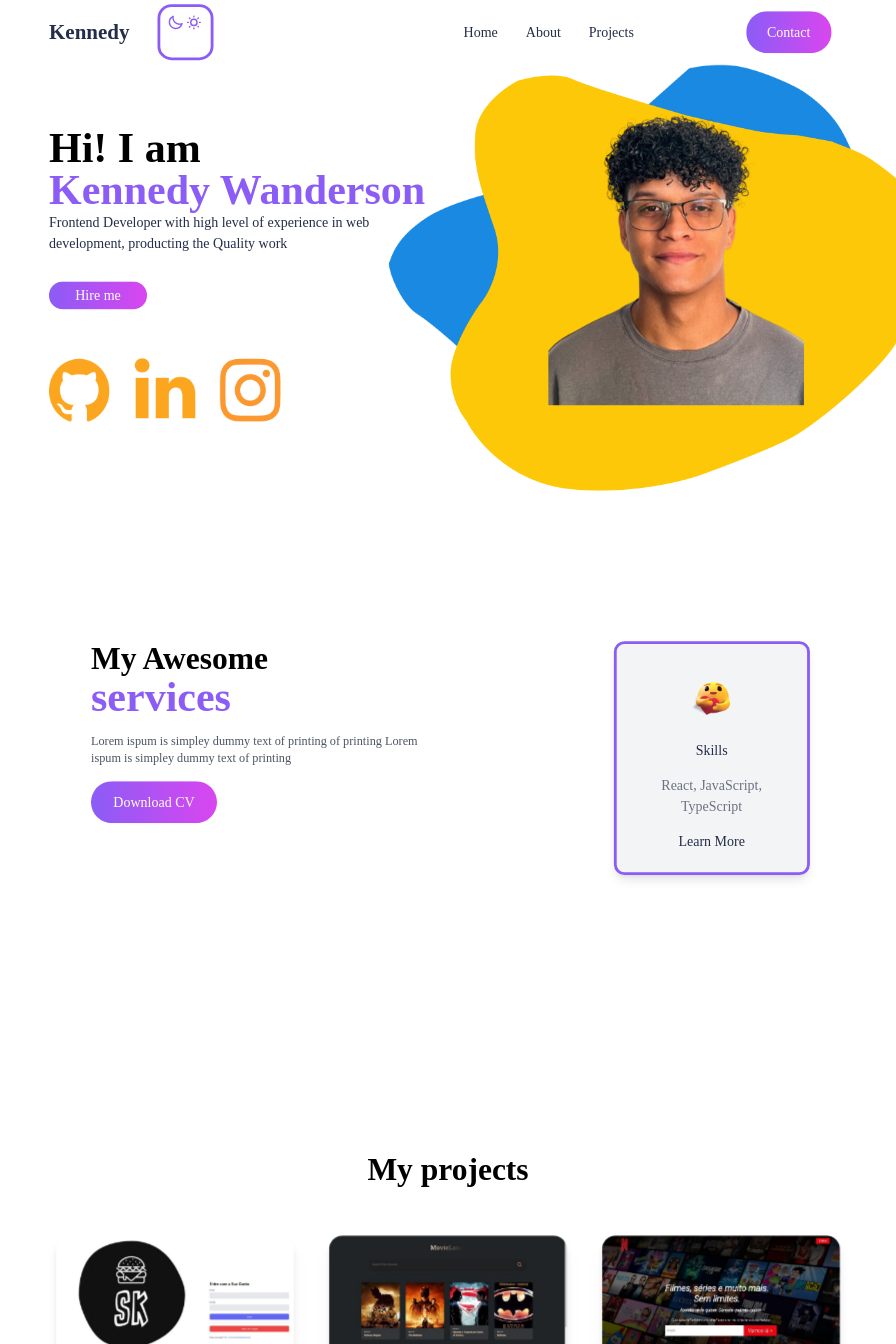
Repository: KennedyWanderson/portfolio
Page: /
The author's editor kept a copy of each file at every save. The page is drawn from the files as they stood at one save, then again after the next save.
The browser window is 1280 px wide. The pictures show the part of the page from y = 0 to 1920 px (the page is 3202 px tall), at 70% of full size.
Some web fonts or font styles are not loaded; a fallback is used. The project was rebuilt for these pictures with package versions that can differ from the ones it lists, and the page was loaded fresh each time. Imported but missing from the stored project, and not drawn on this page: src/Components/Services/Kennedy_CV.pdf.

Above is the page before, as saved 2024-01-20 11:02:47.

### public/index.html
<!DOCTYPE html>
<html lang="en">
  <head>
    <meta charset="utf-8" />
    <link rel="icon" href="%PUBLIC_URL%/favicon.ico" />
    <meta name="viewport" content="width=device-width, initial-scale=1" />
    <meta name="theme-color" content="#000000" />
    <meta
      name="description"
      content="Web site created using create-react-app"
    />

    <style>
      @font-face{
        font-family: Gumela;
        src: url('../src/fonts/*');
      }

      *{
        font-family: 'Gumela';
        font-weight: normal;
        font-size: 20px;
      }
      body{
        margin: 0;
      }
    </style>
    <link rel="apple-touch-icon" href="%PUBLIC_URL%/logo192.png" />
    <!--
      manifest.json provides metadata used when your web app is installed on a
      user's mobile device or desktop. See https://developers.google.com/web/fundamentals/web-app-manifest/
    -->
    <link rel="manifest" href="%PUBLIC_URL%/manifest.json" />
    <!--
      Notice the use of %PUBLIC_URL% in the tags above.
      It will be replaced with the URL of the `public` folder during the build.
      Only files inside the `public` folder can be referenced from the HTML.

      Unlike "/favicon.ico" or "favicon.ico", "%PUBLIC_URL%/favicon.ico" will
      work correctly both with client-side routing and a non-root public URL.
      Learn how to configure a non-root public URL by running `npm run build`.
    -->
    <title>React App</title>
  </head>
  <body>
    <noscript>You need to enable JavaScript to run this app.</noscript>
    <div id="root"></div>
    <!--
      This HTML file is a template.
      If you open it directly in the browser, you will see an empty page.

      You can add webfonts, meta tags, or analytics to this file.
      The build step will place the bundled scripts into the <body> tag.

      To begin the development, run `npm start` or `yarn start`.
      To create a production bundle, use `npm run build` or `yarn build`.
    -->
  </body>
</html>

### src/index.css
@import 'tailwindcss/base';
@import 'tailwindcss/components';
@import 'tailwindcss/utilities';

:root
{
  --yellow: #F5C32C;
    --orange : #FCA61F;
    --black : #242D49;
    --gray : #788097;
    --blueCard : #DDF8FE;
    --purple: rgb(238 210 255);
    --boxShadow : 0px 19px 60px rgb(0 0 0 / 8%);
    --orangeCard: rgba(252, 166, 31, 0.45);
    --smboxShadow: -79px 51px 60px rgba(0, 0, 0, 0.08);
}

.App{
    overflow: hidden;
    color: var(--black);
}

### src/App.js
import logo from './logo.svg';
import './App.css';
import './index.css'
import Navbar from './Components/Navbar/Navbar';
import About from './Components/About/About';
import Services from './Components/Services/Services';
import Portfolio from './Components/Portfolio/Portfolio';
import Contact from './Components/Contact/Contact';
import Footer from './Components/Footer/Footer';

function App() {
  return (
    <>
    <div className="App">
      <Navbar />
      <About />
      <Services />
      <Portfolio />
      <Contact />
    </div>
      <Footer />

    </>
  );
}

export default App;

### src/App.css
@import 'tailwindcss/base';
@import 'tailwindcss/components';
@import 'tailwindcss/utilities';

:root
{
  --yellow: #F5C32C;
    --orange : #FCA61F;
    --black : #242D49;
    --gray : #788097;
    --blueCard : #DDF8FE;
    --purple: rgb(238 210 255);
    --boxShadow : 0px 19px 60px rgb(0 0 0 / 8%);
    --orangeCard: rgba(252, 166, 31, 0.45);
    --smboxShadow: -79px 51px 60px rgba(0, 0, 0, 0.08);
}

.App{
    padding: 0.5rem 3.5rem;
    overflow: hidden;
    color: var(--black);
}

.button{
  border-radius: 34px;
  border: none;
  color: white;
  font-size: 16px;
  padding: 10px;
}

### src/Components/Navbar/Navbar.jsx
import React from "react";
import Toggle from "../Toggle/Toggle";

const Navbar = () => {
    return(             //h-screen
        <div className="h-[10vh] flex justify-between">
            <div className="flex-1 flex items-center gap-8">
                <div className="text-2xl font-bold">Kennedy</div>
                <Toggle />
            </div>
            <div className="flex flex-1 items-center justify-center font-normal">
                <div className="flex-grow-10">
                    <ul className="flex gap-8 mr-32 hover:cursor-grab">
                        <li className="hover:text-orange-500">Home</li>
                        <li className="hover:text-orange-500">About</li>
                        <li className="hover:text-orange-500">Projects</li>
                    </ul>
                </div>
                <button className=" rounded-3xl	border-none	text-white text-base pt-3 p-3 pr-6 pl-6 bg-gradient-to-r from-violet-500 to-fuchsia-500
                hover:cursor-grab bg-white hover:text-orange-500
                ">Contact</button>
            </div>
        </div>
    )
}

export default Navbar;

### src/Components/About/About.jsx
import React from "react";
import Github from '../../img/github.png'
import Instagram from '../../img/instagram.png'
import Linkedin from '../../img/linkedin.png'
import Profile from '../../img/eu.png'
import './About.css'
import Vector1 from '../../img/Vector1.png'
import Vector2 from '../../img/Vector2.png'



const About = () => {
    return (
        <div className="flex h-[77vh] my-20">
            <div className="flex flex-col relative flex-1 gap-8">
                <div className="flex flex-col">
                    <span className="text-black font-bold text-5xl">Hi! I am</span>
                    <span className="text-violet-500 font-bold text-5xl">Kennedy Wanderson</span>
                    <span>Frontend Developer with high level of experience
                        in web development, producting the Quality work                   </span>
                </div>
                <button className="rounded-3xl	border-none	text-white text-base pt-3 p-3 pr-6 pl-6 bg-gradient-to-r from-violet-500 to-fuchsia-500
                hover:cursor-grab bg-white hover:text-orange-500 w-28 h-8 flex justify-center items-center">Hire me</button>
                <div className="mt-6 flex gap-7 hover:cursor-grab">
                    <a href="https://github.com/KennedyWanderson">
                        <img src={Github} alt="" />
                    </a>
                    <a href="https://www.linkedin.com/in/kennedy-wanderson/">
                        <img src={Linkedin} alt="" />
                    </a>
                    <a href="https://www.instagram.com/_dev.kennedy/">
                        <img src={Instagram} alt="" />
                    </a>
                </div>
            </div>
            <div className="i-right">
                <img src={Vector1} alt="" />
                <img src={Vector2} alt="" />
                <img src={Profile} alt="" />
            </div>
        </div>
    )
}

export default About;

### src/Components/Services/Services.jsx
import React from "react";
import HeartEmoji from '../../img/heartemoji.png'
import Glasses from '../../img/glassesimoji.png'
import Humble from '../../img/humble.png'
import Card from "../Card/Card";
import Resume from './Kennedy_CV.pdf'

const Services = () => {
    return (
        <div className="pt-0 pb-12 pr-3 pl-12 flex h-[90vh]  mt-36">
            <div className="flex flex-col relative">
                <span className="text-black text-4xl font-bold">My Awesome</span>
                <span className="text-violet-500 font-bold text-5xl">services</span>
                <spane className="text-gray-600 text-sm mt-4">Lorem ispum is simpley dummy text of printing of printing Lorem

                    <br />
                    ispum is simpley dummy text of printing
                </spane>
                <a href={Resume} download>
                    <button className="rounded-3xl	border-none	text-white text-base pt-3 p-3 pr-6 pl-6 bg-gradient-to-r from-violet-500 to-fuchsia-500
                    hover:cursor-grab bg-white hover:text-orange-500 w-36 mt-4">Download CV</button>
                </a>
            </div>
            <div className="relative">
                <div className="left-56 absolute">
                    <Card
                        emoji={HeartEmoji}
                        heading={'Skills'}
                        detail={'React, JavaScript, TypeScript'}
                    />
                </div>
            </div>
        </div>
    )
}

export default Services;

### src/Components/Portfolio/Portfolio.jsx
import React from "react";
import {Swiper, SwiperSlide} from 'swiper/react'
import 'swiper/css'
import Admin from '../../img/admin.jpeg'
import Movie from '../../img/movie.jpeg'
import Netflix from '../../img/netflix.jpeg'

const Portfolio = () => {
    return(
        <div className="flex flex-col items-center justify-center h-[70vh]">
            <span className="text-black font-bold text-4xl">My projects</span>


            <Swiper spaceBetween={30}
            slidesPerView={3}
            grabCursor={true}
            className="overflow-visible w-full mt-12">
                <SwiperSlide className="w-80 p-2">
                    <img className="w-72 drop-shadow-xl rounded-2xl"  src={Admin} alt="" />
                </SwiperSlide>
                <SwiperSlide className="w-80 p-2">
                    <img className="w-72 drop-shadow-xl rounded-2xl" src={Movie} alt="" />
                </SwiperSlide>
                <SwiperSlide className="w-80 p-2">
                    <img className="w-72 drop-shadow-xl rounded-2xl"  src={Netflix} alt="" />
                </SwiperSlide>
                <SwiperSlide className="w-80 p-2">
                    <img className="w-72 drop-shadow-xl rounded-2xl" src={Movie} alt="" />
                </SwiperSlide>
            </Swiper>
        </div>
    )
}

export default Portfolio;

### src/Components/Contact/Contact.jsx
import React, { useState } from "react";
import { useRef } from 'react';
import emailjs from '@emailjs/browser';

const Contact = () => {

  const form = useRef();

  const [done, setDone] = useState(false)

  const sendEmail = (e) => {
    e.preventDefault();

    emailjs.sendForm('service_nloztkk', 'template_w0nf8e5', form.current, 'l4pVECB3jFJ-edbZo')
      .then((result) => {
          console.log(result.text);
          setDone(true)
      }, (error) => {
          console.log(error.text);
      });
  };

    return(
        <div className="pt-0 pr-12 pb-0 pl-12 mt-16 flex h-[80vh]">
            <div>
                <div className="flex flex-col">
                    <span className="text-black font-bold text-4xl">Get in touch</span>
                    <span className="text-violet-500 font-bold text-5xl">Contact me</span>
                </div>
            </div>

            <div className="flex justify-center relative flex-1">
                <form ref={form} onSubmit={sendEmail} className="flex flex-col gap-8 items-center" action="">
                    <input type="text" name="user_name" className=" w-80 h-8 p-2 outline-none border-2 border-violet-500 rounded-lg text-base" placeholder="Name" />
                    <input type="email" name="user_email" className="w-80 h-8 p-2 outline-none border-2 border-violet-500 rounded-lg text-base" placeholder="Email" />
                    <textarea  name="message" className="h-16 w-80 p-2 outline-none border-2 border-violet-500 rounded-lg text-base" placeholder="Message" />
                    <input type="submit" value="Send" className="rounded-3xl border-none text-white text-base pt-3 p-3 pr-6 pl-6 bg-gradient-to-r from-violet-500 to-fuchsia-500
                    hover:cursor-grab bg-white hover:text-orange-500 w-32 mt-4" />
                    <span className="text-green-500 font-bold text-xl">{done && "Thanks for contacting me!"}</span>
                </form>
            </div>
        </div>
    )
}

export default Contact;

### src/Components/Footer/Footer.jsx
import React from "react";
import Wave from '../../img/wave.png'
import Insta from '@iconscout/react-unicons/icons/uil-instagram'
import Git from '@iconscout/react-unicons/icons/uil-github'
import Linkedin from '@iconscout/react-unicons/icons/uil-linkedin'

const Footer = () => {
    return(
        <div className="flex items-center mt-[-0.5rem] mb-[-3.5rem] relative">
            <img src={Wave} alt="" style={{width: '100%'}}/>
            <div className="flex flex-col items-center justify-center absolute w-full mt-16 gap-16 text-white">
                <span>devprogrammer.wiz@gmail.com</span>
                <div className="flex gap-8">
                    <Insta color='white' size='3rem' />
                    <Git color='white' size='3rem' />
                    <Linkedin color='white' size='3rem' />
                </div>
            </div>
        </div>
    )
}

export default Footer;

### src/Components/Toggle/Toggle.jsx
import React from "react";
import Sun from '@iconscout/react-unicons/icons/uil-sun'
import Moon from '@iconscout/react-unicons/icons/uil-moon'

const Toggle = () => {
    return (
        <div className="flex justify-between rounded-2xl border-4 border-violet-500 relative p-2 cursor-grab
         w-16 h-16 text-violet-500">
            <Moon />
            <Sun />
            <div>

            </div>
        </div>
    )
}

export default Toggle;

### src/Components/About/About.css
.i-right{
    flex: 1;
    position: relative;
}

.i-right>*{
    position: absolute;
    z-index: 1;
}

.i-right>:nth-child(1){
    transform: scale(1.2);
    left: -5%;
    top: -9%;
}
    .i-right>:nth-child(2){
        top: -4.6%;
        transform: scale(1.2);
        left: 3rem;
    }
    .i-right>:nth-child(3){
    transform: scale(1.1);
    left: 28%;
}

### src/Components/Card/Card.jsx
import React from "react";
import '../../App.css'

const Card = ({emoji, heading, detail}) =>{
    return(
        <div className=" w-56 absolute flex flex-col gap-4 items-center w-40 text-center bg-gray-100
        rounded-xl border-4 border-violet-500 shadow-lg pt-0 pr-7 pb-6 pl-7">
            <img className="scale-50 mb-[-2rem]" src={emoji} alt="" />
            <span>{heading}</span>
            <span className="text-gray-500 text-base">{detail}</span>
            <button>Learn More</button>
        </div>
    )
}

export default Card;

Loaded but not shown: src/index.js (common file); src/reportWebVitals.js (common file); tailwind.config.js (common file)

After the next save:
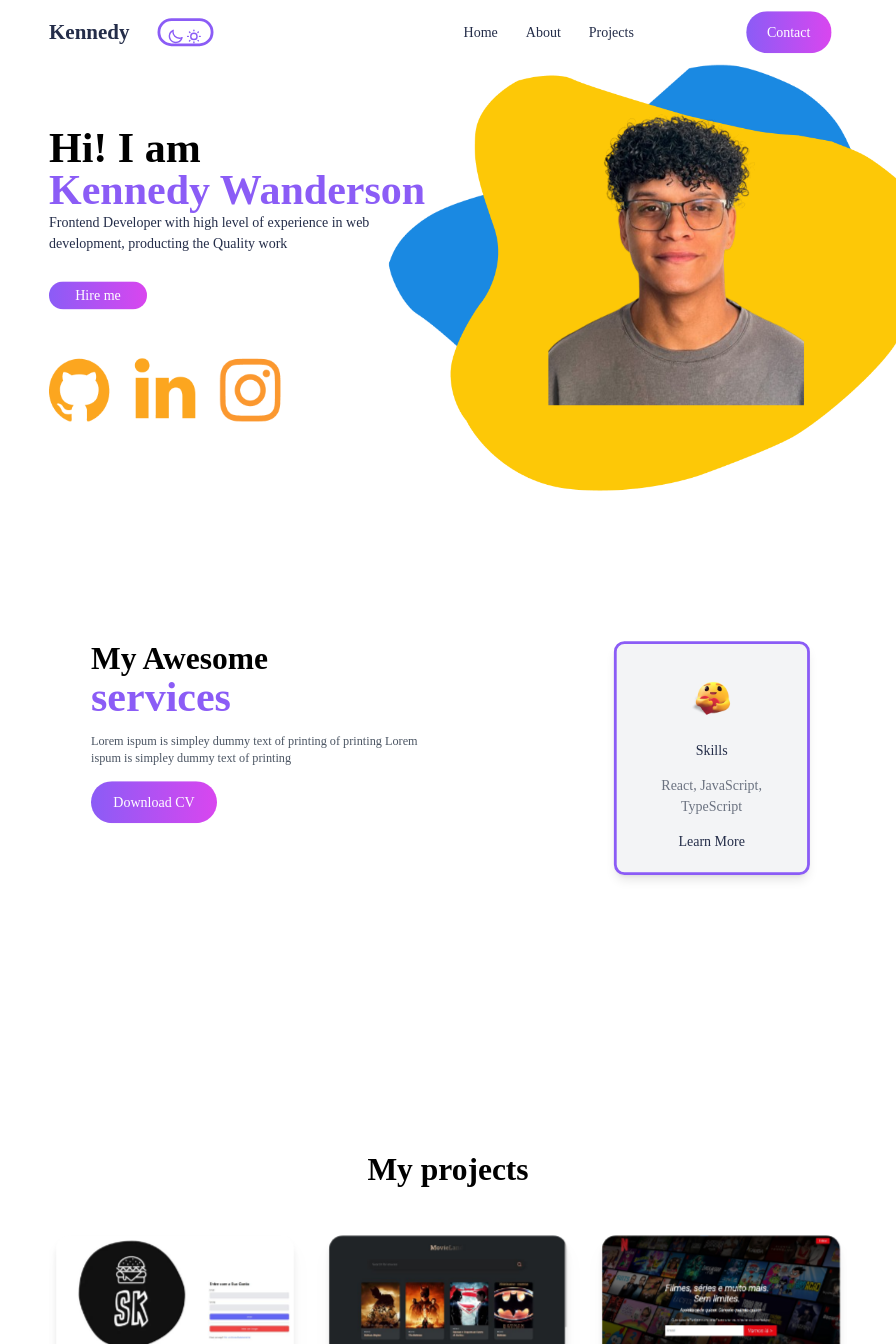
Saved 6 s later.
--- a/src/Components/Toggle/Toggle.jsx
+++ b/src/Components/Toggle/Toggle.jsx
@@ -5,7 +5,7 @@ import Moon from '@iconscout/react-unicons/icons/uil-moon'
 const Toggle = () => {
     return (
         <div className="flex justify-between rounded-2xl border-4 border-violet-500 relative p-2 cursor-grab
-         w-16 h-16 text-violet-500">
+         w-16 h-8 text-violet-500">
             <Moon />
             <Sun />
             <div>
